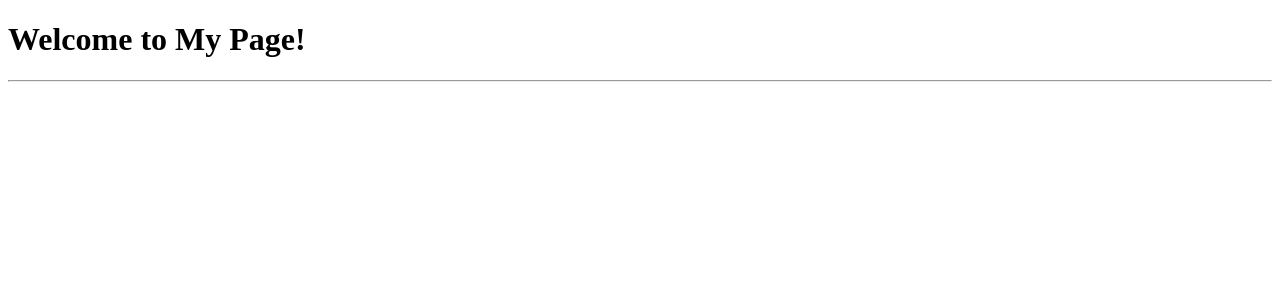
Repository: zxcvne/1400_web_nhs
Page: 05_jsp/src/web/src/main/webapp/index.html
The author's editor kept a copy of each file at every save. The page is drawn from the files as they stood at one save, then again after the next save.
The browser window is 1280 px wide. The pictures show the whole page.

Above is the page before, as saved 2025-10-25 05:37:19.

### 05_jsp/src/web/src/main/webapp/index.html
<!DOCTYPE html>
<html>
<head>
<meta charset="UTF-8">
<title>Welcome</title>
</head>
<body>
	<h1>Welcome to My Page!</h1>
	<hr>
	<h1></h1>
</body>
</html>

After the next save:
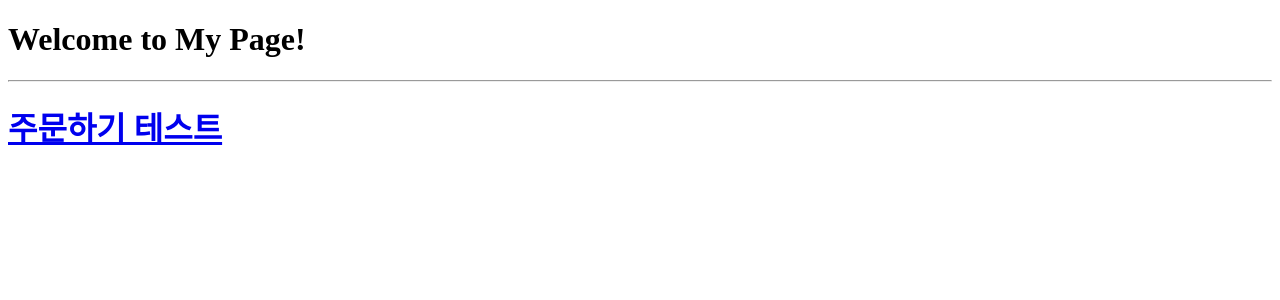
Saved 94 s later.
--- a/05_jsp/src/web/src/main/webapp/index.html
+++ b/05_jsp/src/web/src/main/webapp/index.html
@@ -7,6 +7,6 @@
 <body>
 	<h1>Welcome to My Page!</h1>
 	<hr>
-	<h1></h1>
+	<h1><a href="/order.html">주문하기 테스트</a></h1>
 </body>
 </html>
